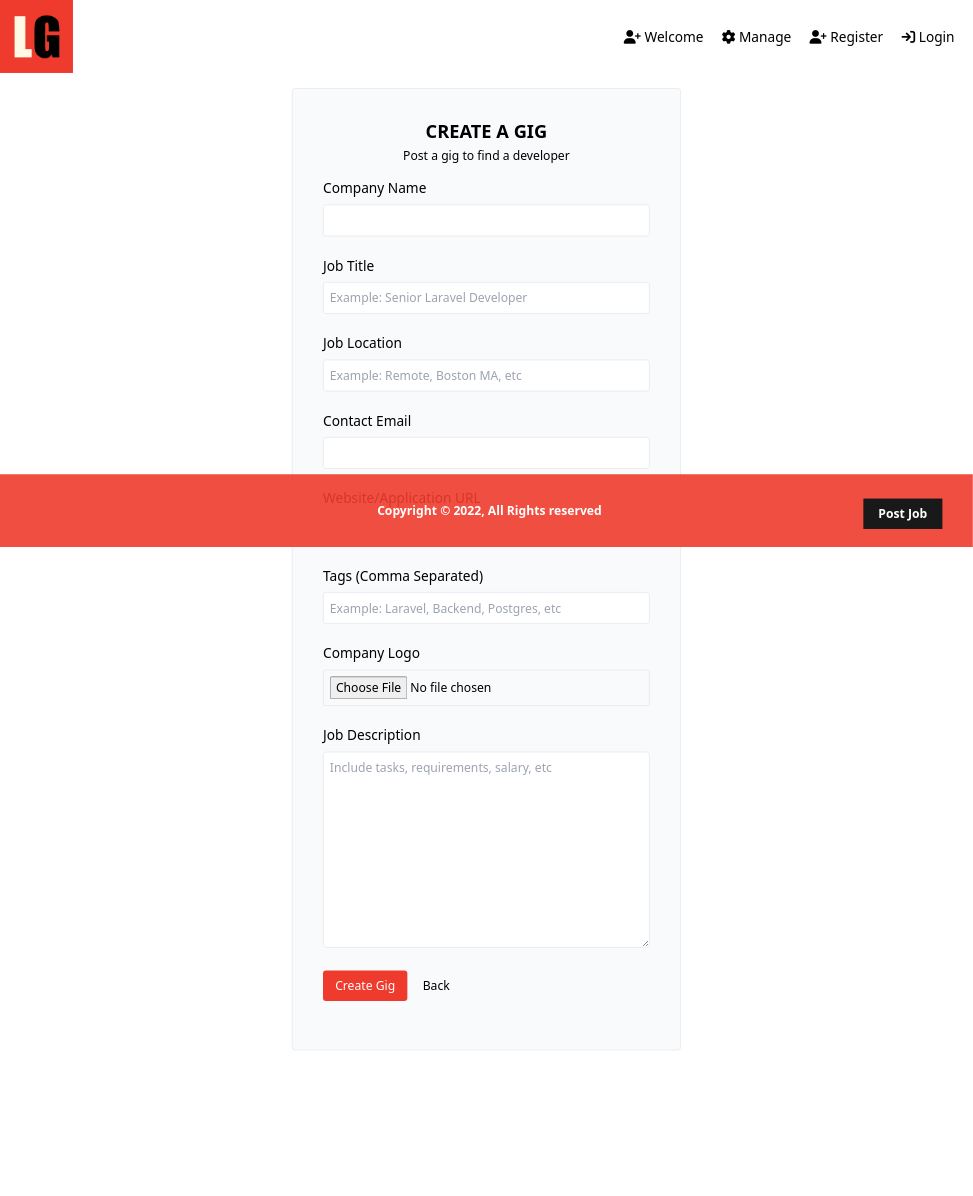
Repository: harvir619/jobListingLaravelWebsite
Page: http://localhost/listings/create
An editor plug-in stored every save of this project. The page is shown before and after the next save, followed by the edit.
The browser window is 1280 px wide. The pictures show the whole page, at 76% of full size.
Some web libraries are served in a nearby version. The page is served by the project's Laravel application, run on PHP 8.4 with Laravel 9.

Above is the page before, as saved 2022-07-22 15:55:28.

After the next save:
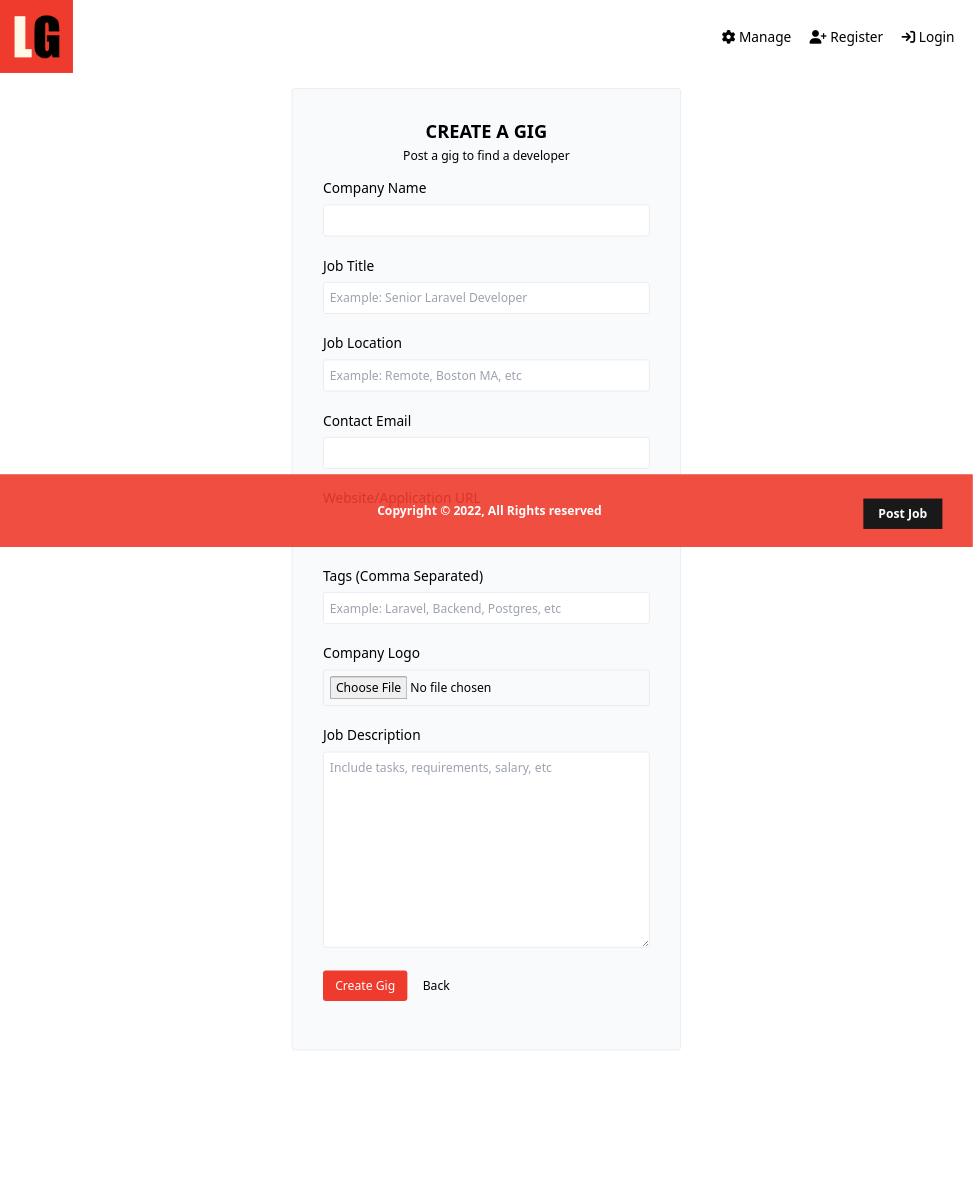
Saved 10 s later.
--- a/resources/views/components/layout.blade.php
+++ b/resources/views/components/layout.blade.php
@@ -32,7 +32,6 @@
                 class="logo" /></a>
         <ul class="flex space-x-6 mr-6 text-lg">
              <li>
-                <a href="/register" class="hover:text-laravel"><i class="fa-solid fa-user-plus"></i> Welcome</a>
             </li>
             <li>
                 <a href="/listings/manage" class="hover:text-laravel"><i class="fa-solid fa-gear"></i>
